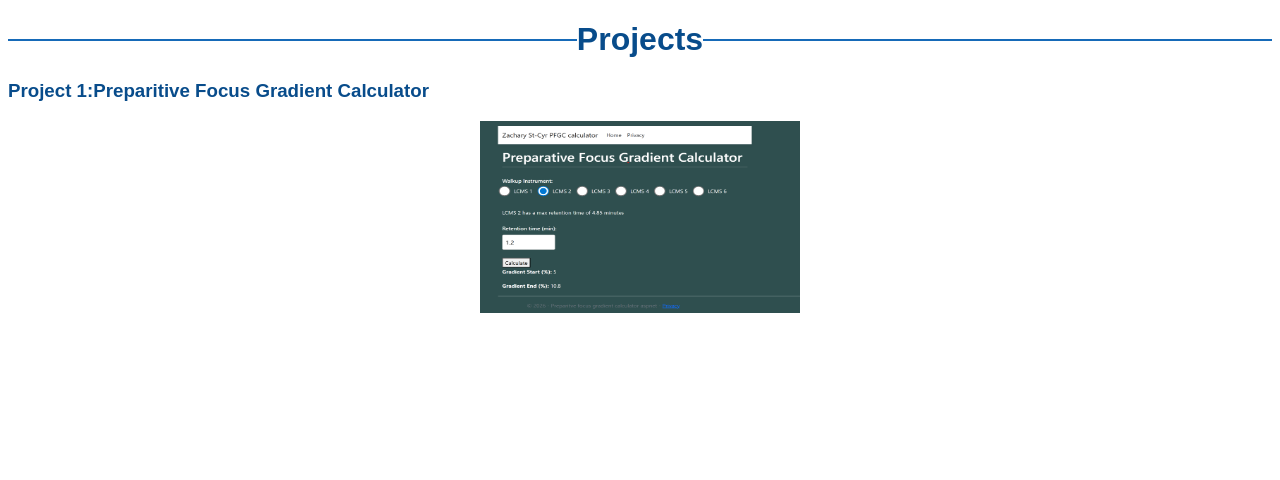
Repository: zackaroo20/zackaroo20
Page: pages/projects.html
An editor plug-in stored every save of this project. The page is shown before and after the next save, followed by the edit.
The browser window is 1280 px wide. The pictures show the whole page.

Above is the page before, as saved 2026-05-14 15:47:45.

### pages/projects.html
<!DOCTYPE html>
<html lang="en">
<head>
    <meta charset="UTF-8">
    <meta name="viewport" content="width=device-width, initial-scale=1.0">
    <title>Document</title>
    <link rel="stylesheet" href="/styles/pages.css"/>
</head>
<Header>

    <style>
        h1 {
            display: flex;
            flex-direction: row;
        }

        h1:before,
        h1:after {
            content: "";
            flex: 1 1;
            border-bottom: 2px solid #166ab8;
            margin: auto;
        }


        /* https://www.geeksforgeeks.org/css/how-to-make-horizontal-line-with-words-in-the-middle-using-css/ */
    </style>

</Header>
<body>
    <h1>Projects</h1>
<h3>Project 1:Preparitive Focus Gradient Calculator</h3>
<img alt="pfgc" src="/assets/Project1.png">

</body>
</html>

### styles/pages.css
h1{
    display: flex;
    justify-content: center;
    font-family: Arial, Helvetica, sans-serif;
    color: #084c8b;

}

h3{

    font-family: Arial, Helvetica, sans-serif;
    color: #084c8b;
}
img{
    display: flex;
    justify-content: center;
    width: 20rem;
    height: 12rem;
    margin: auto;

}

After the next save:
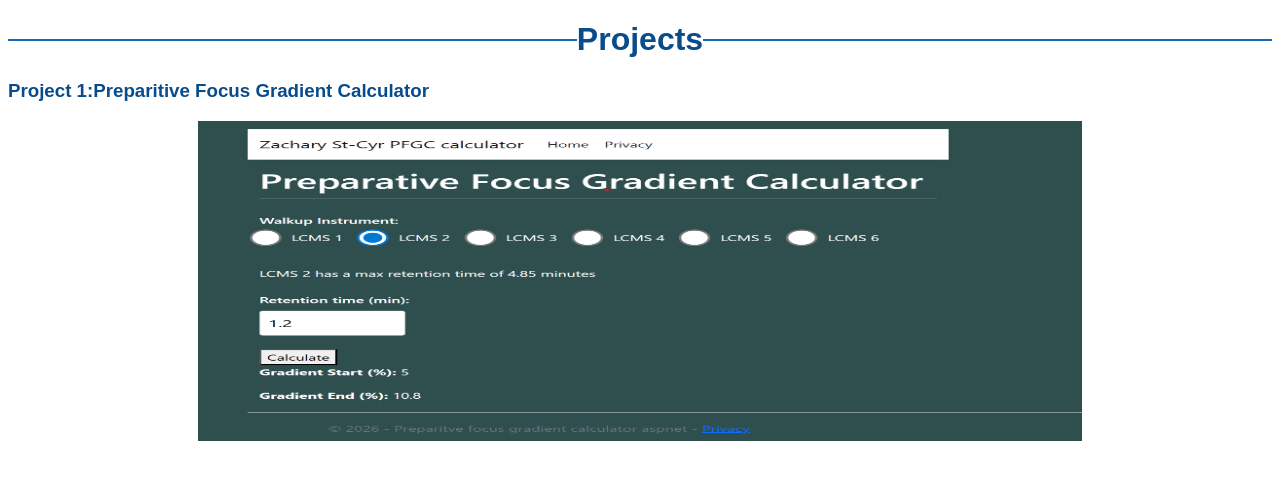
Saved 2 min 17 s later.
--- a/styles/pages.css
+++ b/styles/pages.css
@@ -14,8 +14,12 @@
 img{
     display: flex;
     justify-content: center;
-    width: 20rem;
-    height: 12rem;
+    width: 70%;
+    height: 20rem;
     margin: auto;
 
 }
+p{
+    font-family: Arial, Helvetica, sans-serif;
+    color: #092846;
+}
